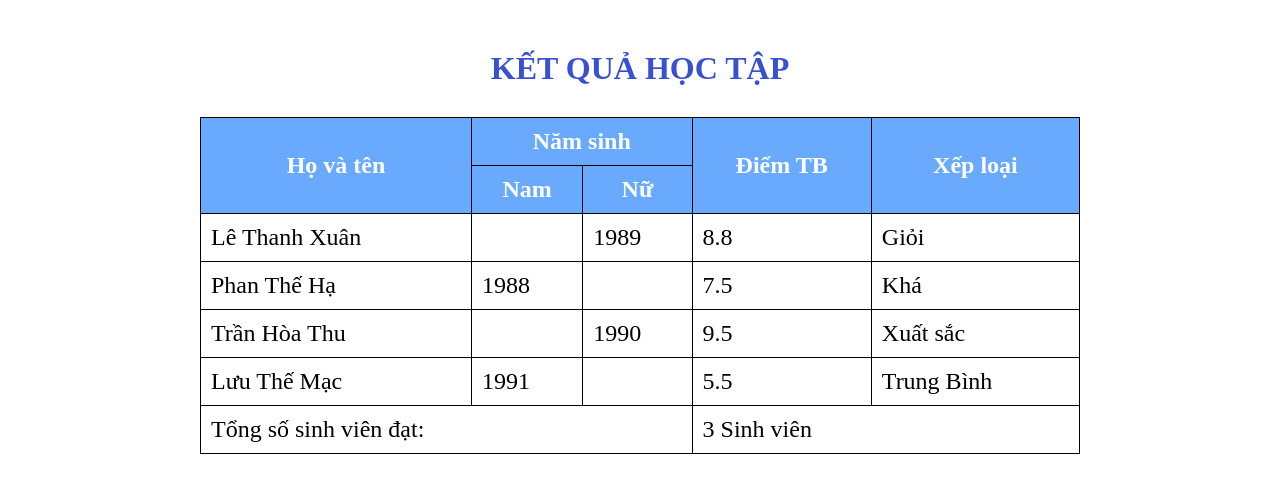
Repository: tuiladev/TKW
Page: Table/index.html
The author's editor kept a copy of each file at every save. The page is drawn from the files as they stood at one save, then again after the next save.
The browser window is 1280 px wide. The pictures show the whole page.

Above is the page before, as saved 2022-03-16 14:54:32.

After the next save:
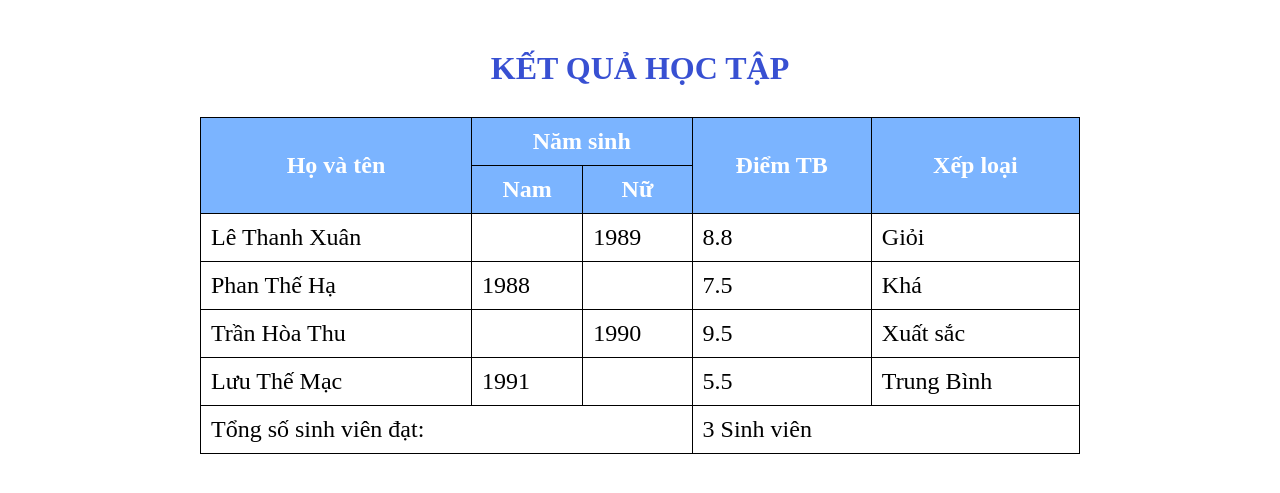
Saved 4 s later.
--- a/Table/index.html
+++ b/Table/index.html
@@ -35,7 +35,7 @@
         font-size: 24px;
       }
       thead {
-        background-color: rgb(105, 170, 255);
+        background-color: rgb(123, 180, 255);
         font-weight: bold;
         color: white;
         padding: 10px;
